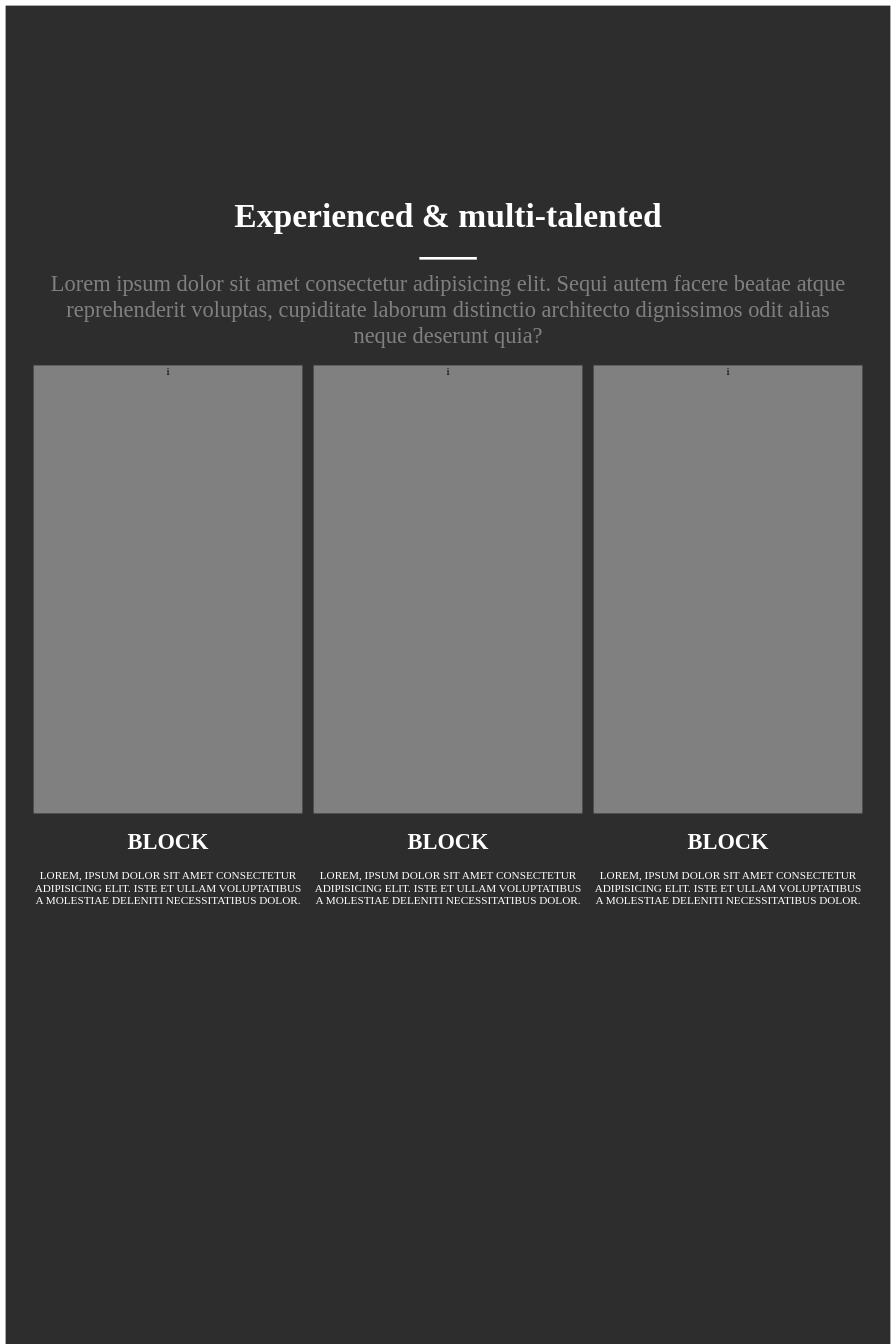
Repository: MohmdMHR/limesharp-test
Page: /
These files come from the project's save history. The page is drawn as it stood at one moment and after the next save; the edit follows.
The browser window is 1280 px wide. The pictures show the part of the page from y = 0 to 1920 px (the page is 5994 px tall before and 4300 px after), at 70% of full size.
The project was rebuilt for these pictures with package versions that can differ from the ones it lists, and the page was loaded fresh each time. Also part of the build but not shown: vue.config.js.

Above is the page before, as saved 2022-07-20 17:49:15.

After the next save:
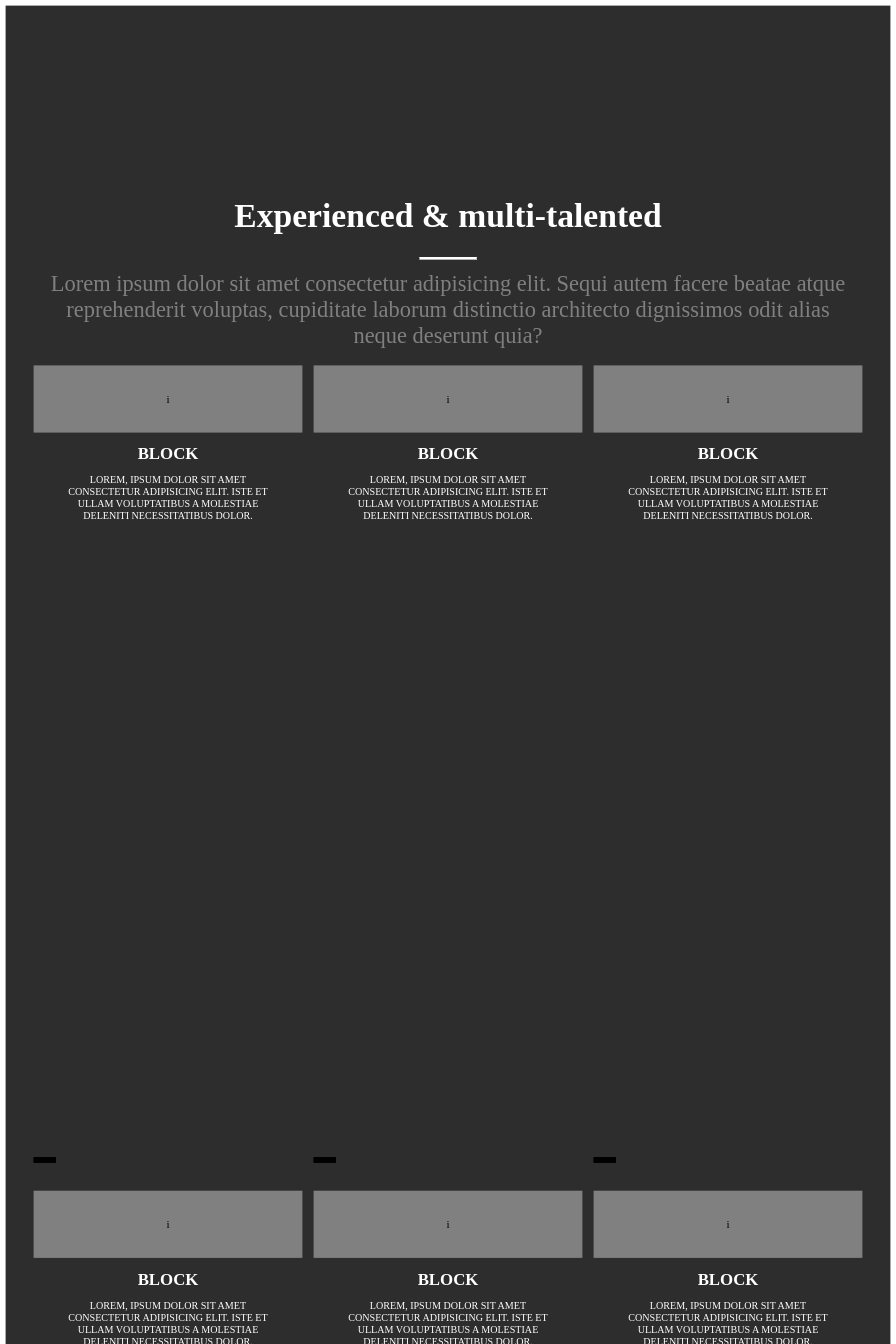
Saved 89 s later.
--- a/src/components/card.vue
+++ b/src/components/card.vue
@@ -48,19 +48,25 @@ export default {
 .card-banner-img {
   overflow: hidden;
   background-color: gray;
-  text-align: center;
-  height: 40rem;
+  justify-content: center;
+  display: flex;
+  align-items: center;
+  height: 6rem;
 }
 .card-content-title {
   color: white;
   text-transform: uppercase;
   text-align: center;
+
+  font-size: 1.5rem;
 }
 .card-content-text {
   color: white;
   text-transform: uppercase;
   text-align: center;
   height: 60rem;
+  margin: 1rem 2rem;
+  font-size: 0.9rem;
   &.collapsed {
     height: 100%;
 
